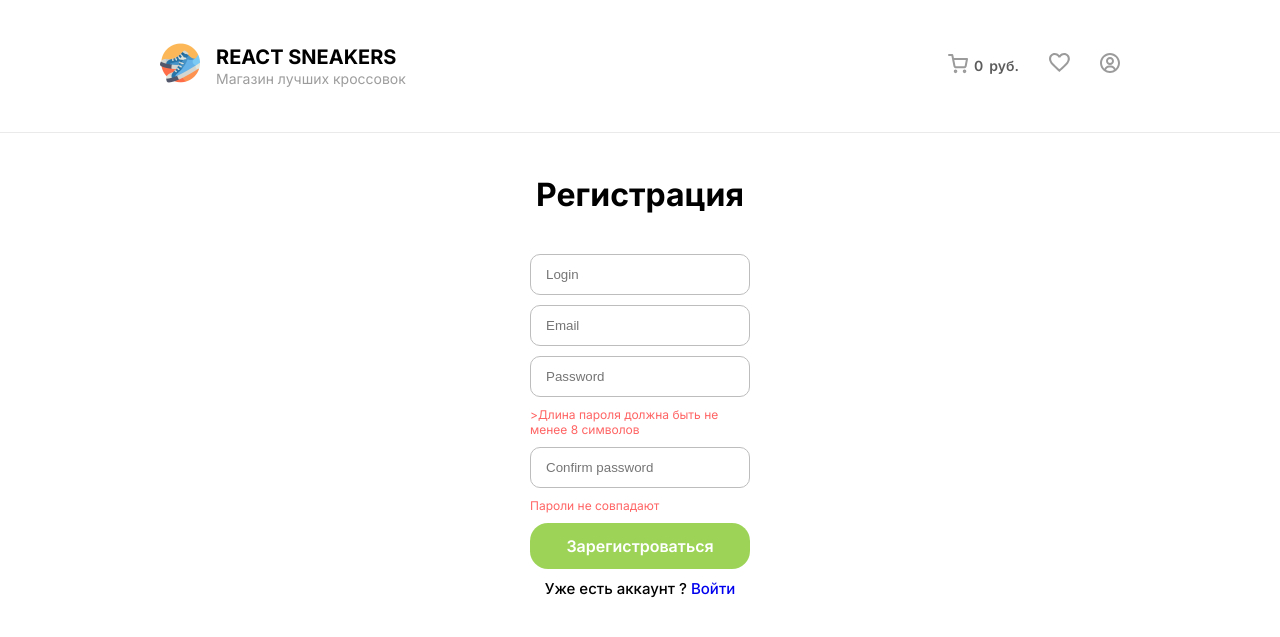
Repository: maxbirimkulov/sneakers20
Page: src/pages/register.html
The author's editor kept a copy of each file at every save. The page is drawn from the files as they stood at one save, then again after the next save.
The browser window is 1280 px wide. The pictures show the whole page.
The style sheet was rebuilt from its Sass, Less or Tailwind sources for each picture, by a compiler version that may differ from the author's.

Above is the page before, as saved 2022-11-12 21:08:46.

### src/pages/register.html
<!DOCTYPE html>
<html lang="en">
  <head>
    <meta charset="UTF-8" />
    <meta
      name="viewport"
      content="width=device-width, user-scalable=no, initial-scale=1.0, maximum-scale=1.0, minimum-scale=1.0"
    />
    <meta http-equiv="X-UA-Compatible" content="ie=edge" />
    <title>Document</title>
    <link rel="stylesheet" href="../css/style.css" />
  </head>
  <body>
    <div class="floor">
      <header class="header">
        <div class="container">
          <nav class="header__nav">
            <div class="header__logo">
              <img
                src="../images/mainLogo.png"
                alt="Logo"
                class="header__logo-img"
              />
              <div class="header__logo-text">
                <h1 class="header__logo-title">
                  <a href="../../index.html" class="header__logo-title-link"
                    >react sneakers</a
                  >
                </h1>
                <p class="header__logo-subtitle">
                  <a href="../../index.html" class="header__logo-subtitle"
                    >Магазин лучших кроссовок</a
                  >
                </p>
              </div>
            </div>
            <div class="header__links">
              <p class="header__links-basket">
                <span class="header__links-basket-logo"
                  ><svg
                    width="20"
                    height="20"
                    viewBox="0 0 20 20"
                    fill="none"
                    xmlns="http://www.w3.org/2000/svg"
                  >
                    <path
                      d="M7.54548 18.1818C7.99735 18.1818 8.36366 17.8155 8.36366 17.3636C8.36366 16.9118 7.99735 16.5455 7.54548 16.5455C7.09361 16.5455 6.72729 16.9118 6.72729 17.3636C6.72729 17.8155 7.09361 18.1818 7.54548 18.1818Z"
                      stroke="#9B9B9B"
                      stroke-width="2"
                      stroke-linecap="round"
                      stroke-linejoin="round"
                    />
                    <path
                      d="M16.5455 18.1818C16.9973 18.1818 17.3637 17.8155 17.3637 17.3636C17.3637 16.9118 16.9973 16.5455 16.5455 16.5455C16.0936 16.5455 15.7273 16.9118 15.7273 17.3636C15.7273 17.8155 16.0936 18.1818 16.5455 18.1818Z"
                      stroke="#9B9B9B"
                      stroke-width="2"
                      stroke-linecap="round"
                      stroke-linejoin="round"
                    />
                    <path
                      d="M1 1H4.27273L6.46545 11.9555C6.54027 12.3321 6.7452 12.6705 7.04436 12.9113C7.34351 13.1522 7.71784 13.2801 8.10182 13.2727H16.0545C16.4385 13.2801 16.8129 13.1522 17.112 12.9113C17.4112 12.6705 17.6161 12.3321 17.6909 11.9555L19 5.09091H5.09091"
                      stroke="#9B9B9B"
                      stroke-width="2"
                      stroke-linecap="round"
                      stroke-linejoin="round"
                    />
                  </svg>
                </span>
                <span class="total">0</span> руб.
              </p>
              <a href="./favorites.html" class="header__links-favorites"
                ><span class="header__links-favorites-logo"
                  ><svg
                    width="21"
                    height="19"
                    viewBox="0 0 21 19"
                    fill="none"
                    xmlns="http://www.w3.org/2000/svg"
                  >
                    <path
                      d="M15.1003 0C16.7293 0 18.0976 0.54932 19.2052 1.64796C20.3129 2.7466 20.8668 4.08759 20.8668 5.67092C20.8668 6.44643 20.7039 7.23002 20.3781 8.02169C20.0523 8.81335 19.6939 9.51616 19.303 10.1301C18.912 10.744 18.2523 11.5357 17.3238 12.5051C16.3953 13.4745 15.6134 14.2581 14.9781 14.8559C14.3428 15.4537 13.3248 16.3665 11.9239 17.5944L10.4089 18.9515L8.89403 17.6429C7.52572 16.3827 6.51577 15.4537 5.8642 14.8559C5.21262 14.2581 4.42258 13.4745 3.49408 12.5051C2.56559 11.5357 1.90586 10.744 1.51492 10.1301C1.12397 9.51616 0.773748 8.81335 0.464249 8.02169C0.15475 7.23002 0 6.44643 0 5.67092C0 4.08759 0.553841 2.7466 1.66152 1.64796C2.7692 0.54932 4.12123 0 5.71759 0C7.60717 0 9.17095 0.727041 10.4089 2.18112C11.6469 0.727041 13.2107 0 15.1003 0ZM10.5067 16.0918C12.1031 14.6701 13.2677 13.6118 14.0008 12.9171C14.7338 12.2224 15.5401 11.3903 16.4198 10.4209C17.2994 9.45153 17.9102 8.60332 18.2523 7.87628C18.5944 7.14924 18.7654 6.41412 18.7654 5.67092C18.7654 4.63691 18.4152 3.78061 17.7148 3.10204C17.0143 2.42347 16.1428 2.08418 15.1003 2.08418C14.3184 2.08418 13.5772 2.31037 12.8768 2.76276C12.1764 3.21514 11.6795 3.79677 11.3863 4.50765H9.43158C9.17095 3.79677 8.69041 3.21514 7.98997 2.76276C7.28952 2.31037 6.53206 2.08418 5.71759 2.08418C4.67507 2.08418 3.81173 2.42347 3.12757 3.10204C2.44342 3.78061 2.10134 4.63691 2.10134 5.67092C2.10134 6.41412 2.26423 7.14924 2.59002 7.87628C2.91581 8.60332 3.52666 9.45153 4.42258 10.4209C5.3185 11.3903 6.13297 12.2224 6.866 12.9171C7.59902 13.6118 8.74743 14.6701 10.3112 16.0918L10.4089 16.1888L10.5067 16.0918Z"
                      fill="#9B9B9B"
                    />
                  </svg> </span
              ></a>
              <a href="./register.html" class="header__links-user"
                ><span class="header__links-user-logo"
                  ><svg
                    width="20"
                    height="20"
                    viewBox="0 0 20 20"
                    fill="none"
                    xmlns="http://www.w3.org/2000/svg"
                  >
                    <path
                      fill-rule="evenodd"
                      clip-rule="evenodd"
                      d="M0 10C0 4.579 4.579 0 10 0C15.421 0 20 4.579 20 10C20 13.19 18.408 16.078 16 17.924V18H15.898C14.23 19.245 12.187 20 10 20C7.813 20 5.77 19.245 4.102 18H4V17.924C1.592 16.078 0 13.189 0 10ZM7.12347 15.236C6.59154 15.6639 6.22136 16.2604 6.074 16.927C7.242 17.604 8.584 18 10 18C11.416 18 12.758 17.604 13.926 16.927C13.7785 16.2605 13.4082 15.6641 12.8764 15.2362C12.3445 14.8083 11.6827 14.5744 11 14.573H9C8.3173 14.5742 7.6554 14.808 7.12347 15.236ZM13.7677 13.4117C14.5877 13.9574 15.2286 14.7329 15.61 15.641C17.077 14.182 18 12.176 18 10C18 5.663 14.337 2 10 2C5.663 2 2 5.663 2 10C2 12.176 2.923 14.182 4.39 15.641C4.77144 14.7329 5.41227 13.9574 6.23227 13.4117C7.05227 12.866 8.01501 12.5742 9 12.573H11C11.985 12.5742 12.9477 12.866 13.7677 13.4117ZM6 8C6 5.72 7.72 4 10 4C12.28 4 14 5.72 14 8C14 10.28 12.28 12 10 12C7.72 12 6 10.28 6 8ZM8 8C8 9.178 8.822 10 10 10C11.178 10 12 9.178 12 8C12 6.822 11.178 6 10 6C8.822 6 8 6.822 8 8Z"
                      fill="#9B9B9B"
                    />
                  </svg> </span
              ></a>
            </div>
          </nav>
        </div>
      </header>
      <div class="container">
        <div class="register">
          <h2 class="register__title">Регистрация</h2>
          <form class="register__form">
            <input class="register__input" type="text" placeholder="Login" />
            <input class="register__input" type="email" placeholder="Email" />
            <input
              class="register__input"
              type="password"
              placeholder="Password"
            />
            <span class="register__error password-message">
              >Длина пароля должна быть не менее 8 символов</span
            >
            <input
              class="register__input"
              type="password"
              placeholder="Confirm password"
            />
            <span class="register__error confirmPassword-message"
              >Пароли не совпадают</span
            >
            <button type="submit" class="register__btn">
              Зарегистроваться
            </button>
            <span class="register__sign"
              >Уже есть аккаунт ? <a href="./login.html">Войти</a></span
            >
          </form>
        </div>
      </div>
    </div>
    <script type="module" src="../js/register.js"></script>
  </body>
</html>

### src/js/register.js
import { changeUser, getUserFromLocalStorage } from './user.js';

getUserFromLocalStorage();

let formRegister = document.querySelector('.register');
formRegister.addEventListener('submit', (e) => {
  e.preventDefault();

  let userData = {
    login: e.target[0].value,
    email: e.target[1].value,
    password: e.target[2].value,
  };

  if (e.target[2].value === e.target[3].value) {
    document.querySelector('confirmPassword-message').style.display = 'none';
    fetch('http://localhost:8080/register', {
      method: 'POST',
      headers: {
        'Content-Type': 'application/json',
      },
      body: JSON.stringify(userData),
    })
      .then((res) => res.json())
      .then((res) => {
        changeUser({
          ...res.user,
          token: res.accessToken,
        });
      })
      .catch((err) => console.log(err));
  } else {
    document.querySelector('confirmPassword-message').style.display = 'block';
  }
});

### src/js/user.js



export let user = {
    login : "",
    email : ""
}

export const getUserFromLocalStorage = () => {
    if (localStorage.getItem('user') !== null){
        user = JSON.parse(localStorage.getItem('user'))
    }
}


export const changeUser = (data) => {
    user = {...data}
    localStorage.setItem('user', JSON.stringify(user))
    location.href = 'http://localhost:63342/new%20project/index.html'
}

### src/css/style.scss
@import url('https://fonts.googleapis.com/css2?family=DM+Sans:wght@700&family=Inter:wght@400;500;600;700&display=swap');

* {
  margin: 0;
  padding: 0;
  box-sizing: border-box;
  text-decoration: none;
  list-style-type: none;
  transition: 0.3s;
}
.container {
  max-width: 1050px;
  padding: 0 45px;
  margin: 0 auto;
}
$int: 'inter', sans-serif;

@mixin text($ff, $fs, $fw, $fz, $lh, $col) {
  font-family: $ff;
  font-style: $fs;
  font-weight: $fw;
  font-size: $fz;
  @if $lh > 0 {
    line-height: $lh;
  }
  color: $col;
}
body,
.floor {
  background-color: #fff;
}
@import '_header.scss';
@import '_main.scss';
@import '_assort.scss';
@import '_basketPopup.scss';
@import '_card.scss';
@import '_basket.scss';
@import '_favorites.scss';
@import '_basketNone.scss';
@import '_register';

### src/css/_header.scss
.header {
  padding: 43px 0 45px;
  &__nav {
    display: flex;
    justify-content: space-between;
    align-items: center;
  }
  &__logo {
    display: flex;
    &-img {
      width: 40px;
      height: 40px;
    }
    &-text {
      margin-left: 16px;
    }
    &-title {
      &-link {
        @include text($int, normal, 700px, 20px, 0, #000000);
        text-transform: uppercase;
      }
    }
    &-subtitle {
      @include text($int, normal, 400, 14px, 0, #9d9d9d);
    }
  }
  &__links {
    display: flex;
    &-basket {
      display: flex;
      gap: 6px;
      align-items: center;
      @include text($int, normal, 600, 14px, 0, #5c5c5c);
      margin-left: 10px;
      cursor: pointer;
    }
    &-favorites {
      margin: 0 30px;
    }
  }
  border-bottom: 1px solid #eaeaea;
}

### src/css/_main.scss
.swiper {
  width: 100%;
  height: 100%;
}

.swiper-slide {
  display: -webkit-box;
  display: -ms-flexbox;
  display: -webkit-flex;
  display: flex;
  -webkit-box-pack: center;
  -ms-flex-pack: center;
  -webkit-justify-content: center;
  justify-content: center;
  -webkit-box-align: center;
  -ms-flex-align: center;
  -webkit-align-items: center;
  align-items: center;
}

.swiper__icon{
  &-next{
    background-color: white;
    border-radius: 50%;
    cursor: pointer;
    position: absolute;
    right: 0;
    top: 50%;
    transform: translateY(-50%),;
    z-index: 2;
    padding: 8px 14px;
    display: flex;
    justify-content: center;
    align-items: center;
    transition: 0.2s;
    -webkit-box-shadow: 0px 0px 11px 5px rgba(0, 0, 0, 0.01);
    -moz-box-shadow: 0px 0px 11px 5px rgba(0, 0, 0, 0.01);
    box-shadow: 0px 0px 11px 5px rgba(0, 0, 0, 0.01);
    &:hover{
      transition: 0.2s;
      -webkit-box-shadow: 0px 0px 11px 5px rgba(0, 0, 0, 0.07);
      -moz-box-shadow: 0px 0px 11px 5px rgba(0, 0, 0, 0.07);
      box-shadow: 0px 0px 11px 5px rgba(0, 0, 0, 0.07);
    }
  }
  &-prev{
    background-color: white;
    border-radius: 50%;
    position: absolute;
    left: 0;
    top: 50%;
    cursor: pointer;
    transform:translateY(-50%) rotate(180deg);
    z-index: 2;
    padding: 8px 14px;
    display: flex;
    justify-content: center;
    align-items: center;
    transition: 0.2s;
    -webkit-box-shadow: 0px 0px 11px 5px rgba(0, 0, 0, 0.01);
    -moz-box-shadow: 0px 0px 11px 5px rgba(0, 0, 0, 0.01);
    box-shadow: 0px 0px 11px 5px rgba(0, 0, 0, 0.01);
    &:hover{
      transition: 0.2s;
      -webkit-box-shadow: 0px 0px 11px 5px rgba(0, 0, 0, 0.07);
      -moz-box-shadow: 0px 0px 11px 5px rgba(0, 0, 0, 0.07);
      box-shadow: 0px 0px 11px 5px rgba(0, 0, 0, 0.07);
    }
  }
}

.main{
  &__swipe{
    &-block{
      background-color: #F4EFE9;
      border-radius: 20px;
      max-height: 300px;
      display: flex;
      align-items: center;
      justify-content: space-between;
      width: 100%;
    }
    &-box{
      position: relative;
      padding: 16px 0 20px 51px;
      min-height: 300px;
      &-scn{
        margin: 0;
        padding: 0;
        max-width: 641.18px;
      }
      &-desc{
        @include text($int,normal,700,38px,46px,#8BB43C);
        margin: 32px 17.45px 10.45px 35px;
        &-black{
          color: black;
        }
      }
      &-btn{
        position: absolute;
        padding: 14px 60px;
        border-radius: 110px;
        @include text($int,normal,700px,16px, 0, white);
        text-transform: uppercase;
        background-color: #A5D364;
        bottom: 45px;
        left: 27%;
        transform: translate(-50%, -50);
        transition: 0.2s;
        &:hover{
          transition: 0.2s;
          transform: scale(1.1);
        }
      }
      &-img{
        width: 100%;
      }
    }
  }
}

### src/css/_assort.scss
.main__assort {
  &-topContent {
    display: flex;
    flex-wrap: wrap;
    justify-content: space-between;
    padding: 37px 0 36px;
    width: 100%;
  }
  &-filter {
    display: flex;
    justify-content: space-between;
    align-items: center;
    gap: 10px;
  }
  &-select {
    background: transparent;
    border: 1px solid #bdbdbd;
    border-radius: 8px;
    padding: 0 10px;
    height: 40px;
  }
  &-form {
    margin: 15px 0 0;
    display: flex;
    align-items: center;
    position: relative;
    &-input {
      border-radius: 10px;
      border: 1px solid #bdbdbd;
      outline: none;
      padding: 13px 40px 15px 46px;
      max-width: 250px;
      &::-webkit-input-placeholder {
        color: #c4c4c4;
      }
      &::-moz-placeholder {
        color: #c4c4c4;
      }
      &:-ms-input-placeholder {
        color: #c4c4c4;
      }
      &::-ms-input-placeholder {
        color: #c4c4c4;
      }
      &::placeholder {
        color: #c4c4c4;
      }
      &::-webkit-search-cancel-button {
        position: absolute;
        right: 18px;
        cursor: pointer;
        color: #5c5c5c;
      }
    }
    &-icon {
      position: absolute;
      left: 18px;
      top: 50%;
      transform: translateY(-50%);
    }
  }
  &-title {
    @include text($int, normal, 700, 32px, 0, black);
  }
  &-mainContent {
    min-height: 700px;
    position: relative;
    display: flex;
    justify-content: center;
    align-items: center;
    flex-wrap: wrap;
    gap: 40px;
    &-shoes {
      border: 1px solid #bdbdbd;
      border-radius: 40px;
      padding: 20px 29px 34px 30px;
      max-width: 210px;
    }
    &-favorites {
      display: inline-block;
      position: absolute;
      border: 1px solid #f8f8f8;
      border-radius: 7px;
      padding: 9.6px 9.07px 3.59px;
      cursor: pointer;
      &:hover {
        transform: scale(1.13);
        background-color: rgba(253, 239, 239, 0.87);
        transition: 0.2s;
      }
      &-active {
        display: none;
        position: absolute;
        background-color: #fef0f0;
        border: 1px solid transparent;
        border-radius: 7px;
        padding: 9.6px 9.07px 3.59px;
        cursor: pointer;
      }
    }
    &-product {
      &-desc {
        @include text($int, normal, 400, 14px, 17px, black);
      }
      &-pricesDesc {
        margin-top: 14px;
        display: flex;
        justify-content: space-between;
        align-items: center;
        &-price {
          @include text($int, normal, 500, 11px, 13px, #bdbdbd);
          text-transform: uppercase;
        }
        &-cost {
          @include text($int, normal, 700, 14px, 17px, black);
        }
        &-addBask {
          cursor: pointer;
          display: inline-block;
          padding: 5.33px 8.33px;
          border: 1px solid #f2f2f2;
          border-radius: 8px;
          transition: 0.2s;
          &:hover {
            transform: scale(1.13);
            background-color: rgba(253, 239, 239, 0.87);
            transition: 0.2s;
          }
          &-active {
            cursor: pointer;
            max-height: 32px;
            max-width: 32px;
            padding: 5.33px 8.33px;
            border: 1px solid white;
            border-radius: 8px;
            background: linear-gradient(180deg, #89f09c 0%, #3cc755 100%);
            transition: 0.2s;
            &:hover {
              transform: scale(1.13);
              transition: 0.2s;
            }
          }
        }
      }
    }
  }
}

### src/css/_basketPopup.scss
.basket {
  transform: translateX(100%);
  background: rgba(0, 00, 000, 0.4);
  height: 100vh;
  width: 100vw;
  z-index: 100;
  position: fixed;
  left: 0;
  top: 0;
  bottom: 0;
  &__cards {
    margin-top: 20px;
    max-height: 400px;
    overflow-y:  scroll;
    display: flex;
    gap: 20px;
    flex-wrap: wrap;
  }

  &__card {
    position: relative;  width: 100%;  height: 120px;  padding: 0 30px;    background: #FFFFFF;  border: 1px solid #F3F3F3;  border-radius: 20px;  &:hover {
    box-shadow: 0px 14px 30px 0px rgba(0, 0, 0, 0.05);  }
    &-img {
      position: absolute;    left: 20px;    top: 50%;    transform: translateY(-50%);    max-width: 80px;  }
    &__name {
      position: absolute;    width: 133px;    height: 36px;    overflow: hidden;    left: 120px;    top: 30px;    font-family: 'Inter', sans-serif;    font-style: normal;    font-weight: 400;    font-size: 14px;    line-height: 17px;    color: #000000;  }
    &__sum {
      position: absolute;    left: 120px;    bottom: 30px;    font-family: 'Inter', sans-serif;    font-style: normal;    font-weight: 700;    font-size: 14px;color: #000000;  }
    &__X {
      position: absolute;    right: 20px;    top: 50%;    transform: translateY(-50%);    max-width: 70px;    cursor: pointer;  }
  }
  &.show {
    transform: translateX(0%);
  }
  &__content {
    display: flex;
    flex-direction: column;
    justify-content: space-between;
    background: #fff;
    position: fixed;
    padding: 30px;
    height: 100vh;
    width: 385px;
    top: 0;
    right: 0;
  }
  &__title {
    @include text($int, normal, 700, 24px, 29px, #000000);
  }
  &__text {
    display: flex;
    justify-content: space-between;
    margin-bottom: 19px;
    &:last-of-type {
      margin-bottom: 24px;
    }
    &-desc {
      @include text($int, normal, 400, 16px, 19px, #000000);
    }
    &-sum {
      @include text($int, normal, 600, 16px, 19px, #000000);
    }
  }
  &__btn {
    @include text($int, normal, 600, 16px, 19px, #fff);
    padding: 12px 0;
    background: #9dd558;
    border-radius: 18px;
    border: 1px solid #9dd558;
    width: 100%;
  }
}

.name {
  font-size: 30px;
  color: red;
  text-align: center;
}

### src/css/_card.scss
.info {
  background: antiquewhite;
  padding: 40px 0;
  &__block {
    display: flex;
    flex-wrap: wrap;
    -moz-column-gap: 40px;
         column-gap: 40px;
    row-gap: 40px;
  }
  &__card {
    width: calc(25% - 30px);
    background: #ffffff;
    border: 1px solid #f3f3f3;
    border-radius: 40px;
    padding: 20px 40px;
    cursor: pointer;
    transition: 0.2s;
    &:hover {
      background: #ffffff;
      border: 1px solid #f8f8f8;
      box-shadow: 0 14px 30px rgba(0, 0, 0, 0.05);
      border-radius: 40px;
      transition: 0.2s;
      transform: scale(1.05);
    }
  }
  &__desc {
    @include text($int, normal, 400, 14px, 17px, #000);
    margin: 14px 0;
  }
  &__bottom {
    display: flex;
    justify-content: space-between;
  }
  &__sel {
    @include text($int, normal, 500, 11px, 13px, #bdbdbd);
    text-transform: uppercase;
  }
  &__sum {
    @include text($int, normal, 700, 14px, 17px, #000);
  }
}

### src/css/_basket.scss
.basket__main{
  &-topContent{
    padding: 42px 0 40px;
    &-nav{
      display: flex;
      align-items: center;
      gap: 21px;
    }
    &-title{
      @include text($int, normal, 700, 32px, 0, black)
    }
    &-link{
      padding: 8px 14px;
      max-width: 35px;
      max-height: 35px;
      display: flex;
      justify-content: center;
      align-items: center;
      border: 1px solid #F2F2F2;
      border-radius: 8px;
    }
  }
  &-mainContent{
    &-assort{
      display: flex;
      flex-wrap: wrap;
      gap: 40px;
    }
  }
}

### src/css/_favorites.scss
.main__assort-mainContent-favorites{
  &-off{
    display: none;
  }
  &-on{
    display: inline-block;
  }
}

### src/css/_basketNone.scss
.basketNone__main {
  display: flex;
  justify-content: center;
  align-items: center;
  padding: 240px 0;
  &-none {
    display: flex;
    flex-wrap: wrap;
    justify-content: center;
    align-items: center;
    max-width: 280px;
    &-text{
      text-align: center;
    }
    &-title {
      margin-top: 24px;
      text-align: center;
      @include text($int, normal, 600, 24px, 0, black);
    }

    &-desc {
      text-align: center;
      margin: 11px 0 41px;
      @include text($int, normal, 400, 16px, 24px, black);
    }

    &-link {
      padding: 17px 40px 19px;
      background-color: #9DD458;
      border-radius: 18px;
      @include text($int, normal, 400, 16px, 0, white);

      &-icon {
        margin-right: 17px;

      }
    }
  }
}

### src/css/_register.scss
.register,
.login {
  &__title {
    @include text($int, normal, 700, 32px, 0, black);
    margin: 42px auto 40px;
    text-align: center;
  }
  &__form {
    margin: 0 auto;
    display: flex;
    flex-direction: column;
    justify-content: center;
    max-width: 220px;
    gap: 10px;
    text-align: center;
  }
  &__input {
    padding: 12px 15px;
    border-radius: 10px;
    border: 1px solid #bdbdbd;
  }
  &__error {
    @include text($int, normal, 300, 12px, 0, #ff6464);
    text-align: start;
    margin: 0;
  }
  &__btn {
    @include text($int, normal, 600, 16px, 0, #fff);
    padding: 13px;
    border-radius: 18px;
    border: none;
    cursor: pointer;
    background-color: #9dd458;
  }
  &__sign {
    @include text($int, normal, 500, 15px, 0, black);
  }
}

After the next save:
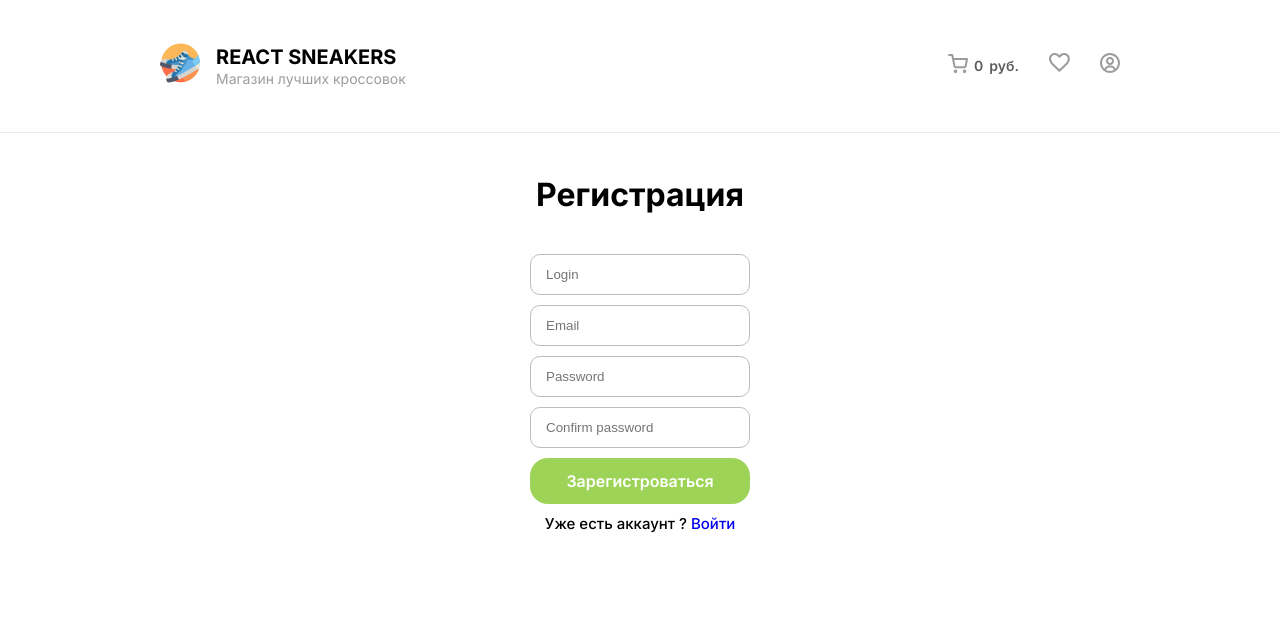
Saved 7 s later.
--- a/src/css/_register.scss
+++ b/src/css/_register.scss
@@ -23,6 +23,7 @@
     @include text($int, normal, 300, 12px, 0, #ff6464);
     text-align: start;
     margin: 0;
+    display: none;
   }
   &__btn {
     @include text($int, normal, 600, 16px, 0, #fff);
